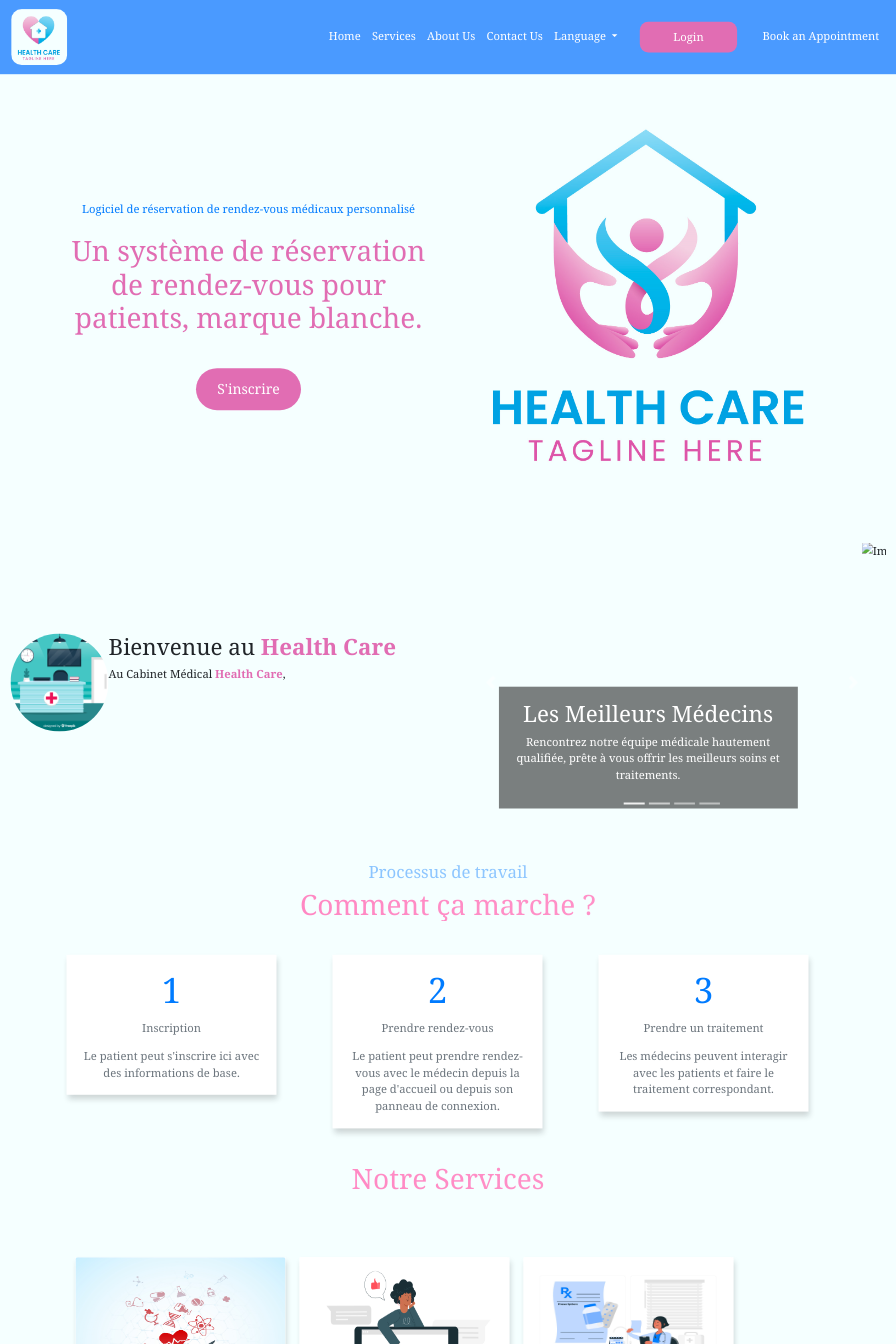
Repository: SalmaElhaou/Scrum-Project
Page: http://localhost/
The author's editor kept a copy of each file at every save. The page is drawn from the files as they stood at one save, then again after the next save.
The browser window is 1280 px wide. The pictures show the part of the page from y = 0 to 1920 px (the page is 3188 px tall), at 70% of full size.
Some web libraries are served in a nearby version. The page is served by the project's Laravel application, run on PHP 8.4 with Laravel 10.

Above is the page before, as saved 2025-02-01 21:41:59.

After the next save:
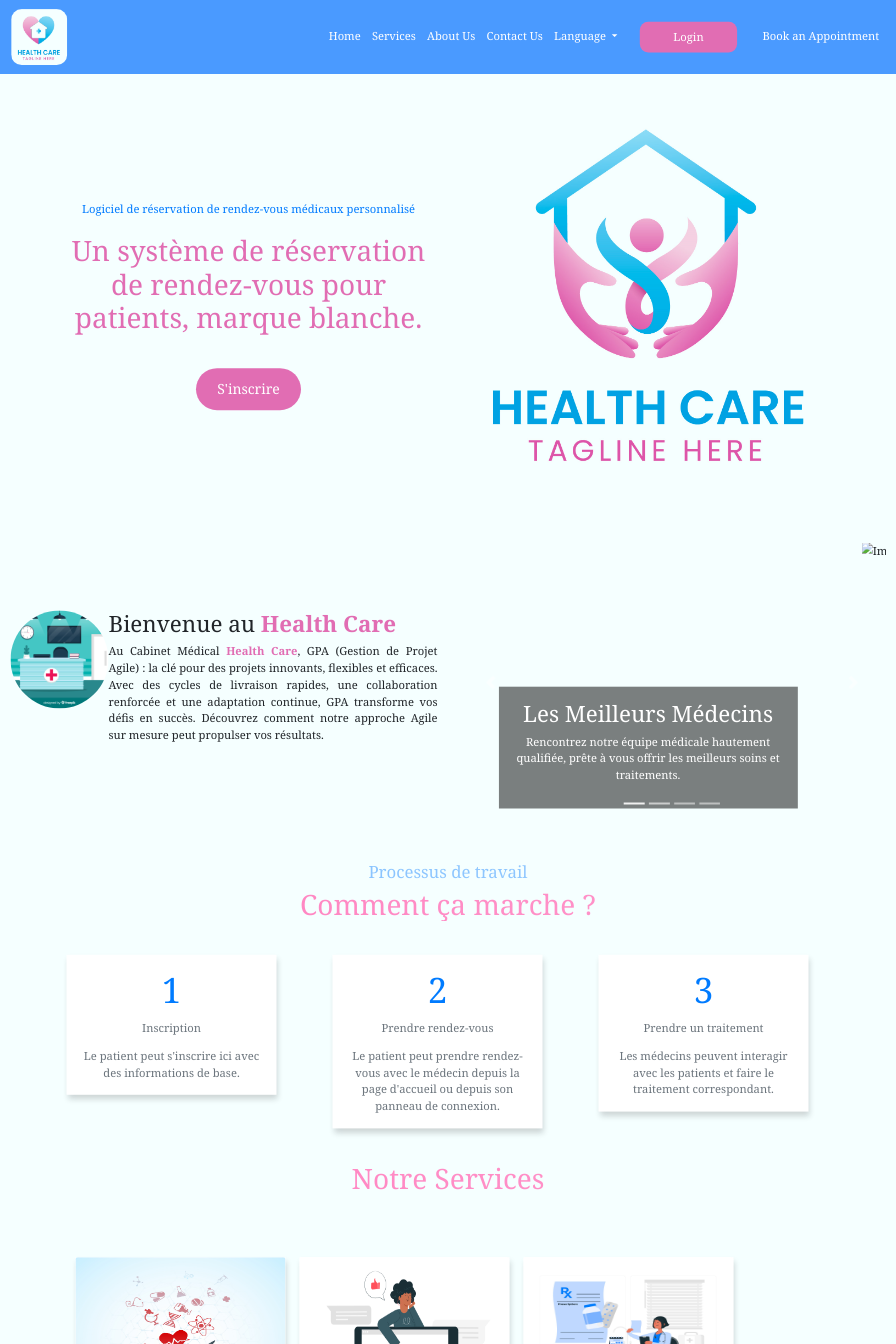
Saved 9 s later.
--- a/resources/views/welcome.blade.php
+++ b/resources/views/welcome.blade.php
@@ -401,7 +401,7 @@
           <div>
             <h2 style="font-family:  Georgia, serif;">Bienvenue au <span class="font-weight-bold" style="color:#e16db3;">Health Care</span></h2>
             <p style="font-family:  Georgia, serif; text-align: justify;">Au Cabinet Médical <span class="font-weight-bold" style="color:#e16db3;"></h4>Health Care</h4></span>,
-
+              GPA (Gestion de Projet Agile) : la clé pour des projets innovants, flexibles et efficaces. Avec des cycles de livraison rapides, une collaboration renforcée et une adaptation continue, GPA transforme vos défis en succès. Découvrez comment notre approche Agile sur mesure peut propulser vos résultats.
             </p>
           </div>
         </div>
